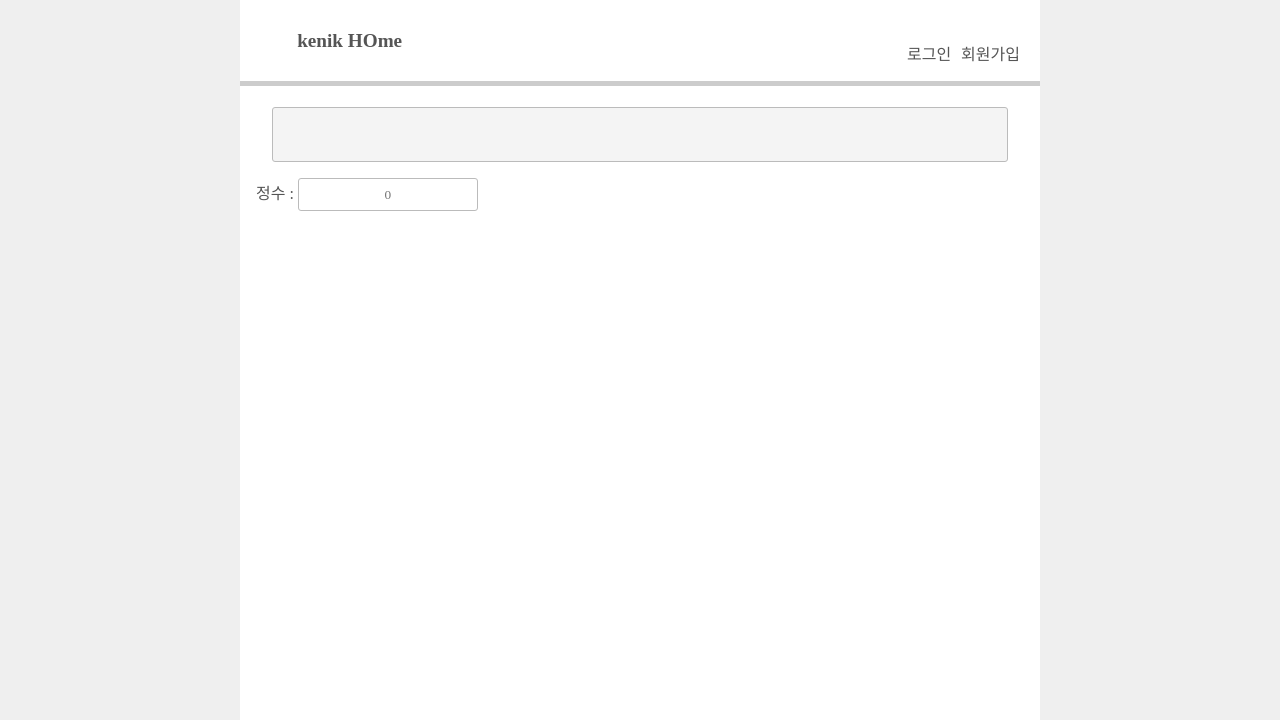
Repository: jyoons00/JSP-sample
Page: http://localhost/jspPro/days01/ex03_05.jsp
These files come from the project's save history. The page is drawn as it stood at one moment and after the next save; the edit follows.
The browser window is 1280 px wide. The pictures show the whole page.
Some web fonts or font styles are not loaded; a fallback is used. The page is served by Tomcat 9. Other server files are loaded and not shown.

Above is the page before, as saved 2024-10-15 08:37:50.

### jspPro/src/main/webapp/days01/ex03_05.jsp
<%@ page contentType="text/html; charset=UTF-8" pageEncoding="UTF-8"%>
<%
    // ex03_05.jsp?num=        ""
    // ex03_05.jsp?num         ""

    // ex03_05.jsp 요청       ?num=5
    // request.getParameter("num")  == null
    // Integer.parseInt( null ) 500 서버 오류 발생.

    // int num = Integer.parseInt(request.getParameter("num"));
    String  pNum = request.getParameter("num");

    int num = 0;
    if( pNum != null && !pNum.equals("")){
    	num = Integer.parseInt( pNum );
    } //
%>
<!DOCTYPE html>
<html>
<head>
<meta charset="UTF-8">
<title>Insert title here</title>
<link rel="shortcut icon" type="image/x-icon" href="http://localhost/jspPro/images/SiSt.ico">
<script src="https://ajax.googleapis.com/ajax/libs/jquery/3.7.1/jquery.min.js"></script>
<meta name="viewport" content="width=device-width, initial-scale=1.0">
<link rel="stylesheet" href="http://localhost/jspPro/resources/cdn-main/example.css">
<script src="http://localhost/jspPro/resources/cdn-main/example.js"></script>
<style>
 span.material-symbols-outlined{
    vertical-align: text-bottom;
 }
</style>
</head>
<body>
<header>
  <h1 class="main"><a href="#" style="position: absolute;top:30px;">kenik HOme</a></h1>
  <ul>
    <li><a href="#">로그인</a></li>
    <li><a href="#">회원가입</a></li>
  </ul>
</header>
<div>
  <xmp class="code">
  </xmp>
    <!--
      // 문제2
      // 가운데 커서, 포커스
      // 숫자 유효성 검사(js)
      // 엔터치면 [스트립트릿 - 서버에서 처리] 1+2+3=6 이거 뽑아내기
      // 다시 입력창 선택됨
      -->
  <!-- <form> -->
  정수 : <input type="text" id="num" name="num" autofocus="autofocus" placeholder="0"><br>
  <p id="demo">
  <%
    if( pNum != null && !pNum.equals("") ){
		    int sum = 0;
		    for(int i=1; i<= num ; i++){ // 위의 변수 num
		    	sum += i;
		  %><%= i %>+<%
		    } // for
		  %>=<%= sum %>
		  <%
    } // if
  %>
  </p>
  <!-- </form> -->
  <script>
    $("#num")
      .css("text-align","center")
      .on({
    	  "keydown":function (e){
    		  if ( !(e.which >= 48 && e.which <= 57
    	              || e.which == 8
    	              || e.which == 13
    	              || e.which == 229
    	          )){
    			  alert("숫자만 입력하세요.");
    			  e.preventDefault();
    		  } // if
    	  },
    	  "keyup":function (event){
    		 //if( $("#num").val().length != 0  && event.which == 13){
    		 if( event.which == 13){
    			 // js BOM
    			 // $("form").submit();
    			 let numValue = $("#num").val();
    			 location.href = `ex03_05.jsp?num=\${numValue}`; // 파라미터 값을 만든 것임
    		 } // if
    	  }
      });
  </script>
</div>
</body>
</html>

### jspPro/src/main/webapp/resources/cdn-main/example.css
@charset "UTF-8";

@import url('https://fonts.googleapis.com/css2?family=Material+Symbols+Outlined:opsz,wght,FILL,GRAD@20..48,100..700,0..1,-50..200');

@font-face {
    font-family: 'GmarketSansMedium';
    src: url('https://cdn.jsdelivr.net/gh/projectnoonnu/noonfonts_2001@1.1/GmarketSansMedium.woff') format('woff');
    font-weight: normal;
    font-style: normal;
}

:root {
	--text-color: #555;
	--sub-text-color: #777;
	--back-color: #EFEFEF;
	--header-color: #444;
	--primary-color: #DEDEDE;
	--secondary-color: #EFEFEF;
	--default-width: 800px;
	--narrow-width: 500px;
	--wide-width: 1200px;
	--text-font: 'GmarketSansMedium';
	--icon-font: 'Material Symbols Outlined';
	--border-color: #CCC;
}

html, body {
	margin: 0;
	padding: 0;
}

html {
	background-color: var(--back-color);
	display: flex;
	justify-content: center;
	min-height: 100vh;
}

body, body.default {
	width: var(--default-width);
	background-color: white;
	padding-bottom: 120px;
}

body.wide {
	width: var(--wide-width);
}

body.narrow {
	width: var(--narrow-width);
}



body, p, div, span, a, input, select, option, textarea, button, table, th, td, label, fieldset, legend {
	font-family: var(--text-font);
	color: var(--text-color);
}

h1, h2, h3 {
	font-family: var(--text-font);
	color: var(--header-color);
	padding: 0 1rem;
	padding-top: .5rem;
}

div > h1, div > h2, div > h3 {
	padding: 0;
}

body > div, body > main > div {
	padding: 0.3rem 1rem;
}


h1 { font-size: 2rem; border-bottom: 1px solid var(--border-color); }
h1 small { font-size: 1.2rem; color: var(--sub-text-color); }
h2 { font-size: 1.5rem; border-bottom: 1px dashed var(--border-color); }
h2 small { font-size: 1.1rem; color: --sub-text-color; }
h3 { font-size: 1.2rem; }
h3 small { font-size: 1rem; color: --sub-text-color; }



h1.main::before {
	font-family: var(--icon-font);
  	content: '\e666';
  	margin-right: 10px;
  	float: left;
	font-size: 2.5rem;
}

h1.sub::before {
	font-family: var(--icon-font);
  	content: '\ea19';
  	margin-right: 10px;
  	float: left;
	font-size: 2.5rem;
}


h1.page::before {
	font-family: var(--icon-font);
  	content: '\e0e0';
  	margin-right: 10px;
  	float: left;
	font-size: 2.5rem;
}

body > header > ul > li > .active{
	background-color: #FFF;
	color:#F00;
}

body > header {
	display: flex;
	justify-content: space-between;
	border-bottom: 5px solid var(--border-color);
	min-height: 74px;
	background-color: #FFF;
}

body > header.sticky {
	position: sticky;
	top: 0;
	z-index: 98;
}

body > header > h1 {
	font-size: 1.2rem;
	border: 0;
}

body > header.in > h1::before {
	font-family: var(--icon-font);
  	content: '\e332‥';
  	margin-right: 3px;
  	float: left;
	font-size: 2rem;
}


body > header > ul {
	list-style-type: none;
	display: flex;
	align-items: flex-end;
	margin-right: 10px;
}

body > header > ul > li {
	margin-right: 10px;
	cursor: pointer;
}

body > header > ul > li > a {
	cursor: pointer;
}


form {
	display: block;
}

form > div {
	padding: 0.3rem 1rem;
}

div > form > div {
	padding: 0.3rem 0;
}

input, textarea, button, select {
	border: 1px solid #BBB;
	border-radius: 3px;
	outline: none;
	resize: none;
	padding: 7px;
	margin: 0;
}

input[type=text]:read-only, textarea:read-only {
	cursor: not-allowed;
	background-color: #FFF;
}

input[type=text]:disabled, textarea:disabled {
	cursor: not-allowed;
	background-color: #EEE;
}

input[type=text], input[type=password], textarea, button, select {
	/* width: 300px; */
}

textarea {
	display: block;
	height: 100px;
}

input[type=button], input[type=submit], button {
	/* width: inherit; */
}

input.short, textarea.short, button.short, select.short {
	width: 100px;
}

input.long, textarea.long, button.long, select.long {
	width: 350px;
}

.narrow input.long, .narrow textarea.long, .narrow button.long, .narrow select.long {
	width: calc(100% - 20px);
}

input.full, textarea.full, button.full, select.full {
	width: calc(100% - 20px);
}

textarea.short {
	height: 50px;
}

textarea.long {
	height: 100px;
}

textarea.full {
	height: 200px;
}

input, textarea {
	padding-top: 8px;
}

input[type=button], input[type=submit], button {
	padding: 5px 10px;
	background-color: var(--secondary-color);
	cursor: pointer;
	min-height: 36px;
}

input[type=button].primary, input[type=submit].primary, button.primary {
	/* background-color: rgba(100, 149, 237, .2); */
	background-color: var(--primary-color);
}

input[type=button].primary:hover, input[type=submit].primary:hover, button.primary:hover {
	/* background-color: rgba(100, 149, 237, .3); */
	background-color: var(--secondary-color);
}

input[type=button]:hover, input[type=submit]:hover, button:hover {
	background-color: var(--primary-color);
}

button {
	position: relative;
	left: 0;
	top: 0;
	padding-left: 35px;
}

button .material-symbols-outlined {
	position: absolute;
	left: 10px;
	top: 4px;
}

/* k2nik add */
button.login::before {
	font-family: var(--icon-font);
  	content: '\ea77';
	position: absolute;
	left: 11px;
	top: 4px;
	font-size: 1.25rem;
}

/* k2nik logout */
button.logout::before {
	font-family: var(--icon-font);
  	content: '\e9ba';
	position: absolute;
	left: 11px;
	top: 4px;
	font-size: 1.25rem;
}

/* k2nik help */
button.help::before {
	font-family: var(--icon-font);
  	content: '\f1c0';
	position: absolute;
	left: 11px;
	top: 4px;
	font-size: 1.25rem;
}

button.add::before{
	font-family: var(--icon-font);
  	content: '\e746';
	position: absolute;
	left: 11px;
	top: 4px;
	font-size: 1.25rem;
}

button.back::before {
	font-family: var(--icon-font);
  	content: '\e166';
	position: absolute;
	left: 11px;
	top: 4px;
	font-size: 1.25rem;
}

button.list::before {
	font-family: var(--icon-font);
  	content: '\e0ee';
	position: absolute;
	left: 11px;
	top: 4px;
	font-size: 1.25rem;
}


button.del::before {
	font-family: var(--icon-font);
  	content: '\e872';
	position: absolute;
	left: 11px;
	top: 4px;
	font-size: 1.25rem;
}


button.edit::before {
	font-family: var(--icon-font);
  	content: '\e745';
	position: absolute;
	left: 11px;
	top: 4px;
	font-size: 1.25rem;
}


button.login::before {
	font-family: var(--icon-font);
  	content: '\ea77';
	position: absolute;
	left: 11px;
	top: 4px;
	font-size: 1.25rem;
}


button.logout::before {
	font-family: var(--icon-font);
  	content: '\e9ba';
	position: absolute;
	left: 11px;
	top: 4px;
	font-size: 1.25rem;
}


button.in::before {
	font-family: var(--icon-font);
  	content: '\f71a';
	position: absolute;
	left: 11px;
	top: 4px;
	font-size: 1.25rem;
}


button.out::before {
	font-family: var(--icon-font);
  	content: '\f70e';
	position: absolute;
	left: 11px;
	top: 4px;
	font-size: 1.25rem;
}


button.reply::before {
	font-family: var(--icon-font);
  	content: '\e15e';
	position: absolute;
	left: 11px;
	top: 4px;
	font-size: 1.25rem;
}


button.comment::before {
	font-family: var(--icon-font);
  	content: '\e0b9';
	position: absolute;
	left: 11px;
	top: 4px;
	font-size: 1.25rem;
}


button.modal::before {
	font-family: var(--icon-font);
  	content: '\e89e';
	position: absolute;
	left: 11px;
	top: 4px;
	font-size: 1.25rem;
}


button.ok::before {
	font-family: var(--icon-font);
  	content: '\e86c';
	position: absolute;
	left: 11px;
	top: 4px;
	font-size: 1.25rem;
}


button.cancel::before {
	font-family: var(--icon-font);
  	content: '\e5c9';
	position: absolute;
	left: 11px;
	top: 4px;
	font-size: 1.25rem;
}

button.search::before {
	font-family: var(--icon-font);
  	content: '\e8b6';
	position: absolute;
	left: 11px;
	top: 4px;
	font-size: 1.25rem;
}

button.home::before {
	font-family: var(--icon-font);
  	content: '\e88a';
	position: absolute;
	left: 11px;
	top: 4px;
	font-size: 1.25rem;
}


button.sidebar::before {
	font-family: var(--icon-font);
  	content: '\f7e4';
	position: absolute;
	left: 11px;
	top: 4px;
	font-size: 1.25rem;
}


button.sidebar-right::before {
	font-family: var(--icon-font);
  	content: '\f7e5';
	position: absolute;
	left: 11px;
	top: 4px;
	font-size: 1.25rem;
}




button::before {
	font-family: var(--icon-font);
  	content: '\e323';
	position: absolute;
	left: 11px;
	top: 4px;
	font-size: 1.25rem;
}


table {
	border-collapse: collapse;
	margin: 1rem;
	box-sizing: border-box;
	width: calc(100% - 32px);
}

table.content {
	width: auto;
}

div > table {
	margin: 0;
}

table th, table td {
	border: 1px solid var(--border-color);
	padding: 7px;
	font-weight: normal;
}

table th {
	background-color: var(--back-color);
}

table.vertical th {
	width: 150px;
}

table.vertical td {
	width: calc(100% - 182px);
	padding-left: 10px;
}

table.content td, table.content th {
	width: auto;
}

body.narrow table.vertical th {
	width: 100px;
}

body.narrow table.vertical td {
	width: calc(100% - 182px);
}


table + table {
	margin-top: 30px;
}


p {
	padding: 0 1rem;
}

a {
	text-decoration: none;
}

a:hover {
	color: rgba(255, 99, 71, .7);
}

hr {
	border: 0;
	border-top: 1px solid var(--border-color);
	margin: 2rem 0;
}

.message {
	border: 1px solid var(--border-color);
	background-color: #EFEFEF;
	margin: 1rem;
	width: auto;
	padding-top: 10px;
	padding-bottom: 10px;
	font-size: 14px;
}

.message[title]::before {
	content: attr(title);
	display: block;
	border-bottom: 1px solid var(--border-color);
	padding-bottom: 5px;
	margin-bottom: 10px;
	margin-top: 7px;
}

.message.short {
	max-width: 250px;
}

.message.long {
	max-width: 500px;
}

.badge {
	float: right;
	font-size: .8rem;
	margin-top: 2px;
	margin-right: 2px;
	text-shadow: 0 0 7px gray;
}

.badge.left {
	float: none;
	margin-left: 2px;
}

.badge.right {
	float: right;
}

.badge.red {
	border-radius: 50%;
	padding: 2px 5px;
	background-color: rgb(255, 99, 71, .3);
}

.badge.yellow {

	border-radius: 50%;
	padding: 2px 5px;
	background-color: rgb(255, 215, 0, .5);
}

.badge.blue {
	border-radius: 50%;
	padding: 2px 5px;
	background-color: rgb(100, 149, 237, .3);
}

label + label {
	margin-left: 7px;
}

label input[type=checkbox], label input[type=radio] {
	transform: translate(0, 1px);
}

.group {
	display: flex;
}

.modal-content .group {
	margin-bottom: .5rem;
}

.group label {
	border: 1px solid #BBB;
	border-radius: 3px;
	outline: none;
	resize: none;
	padding: 7px 14px;
	margin: 0;
	border-top-right-radius: 0;
	border-bottom-right-radius: 0;
	background-color: #EFEFEF;
	white-space: nowrap;
	font-size: 14px;
}

.group input[type=text] {
	margin-left: -1px;
	border-top-left-radius: 0;
	border-bottom-left-radius: 0;
}

.group select {
	margin-left: -1px;
	border-top-left-radius: 0;
	border-bottom-left-radius: 0;
}

.group input.full[type=text] {
	margin-left: -1px;
	border-top-left-radius: 0;
	border-bottom-left-radius: 0;
	width: 100%;
}

.group input[type=button]:first-child, .group button:first-child {
	border-top-left-radius: 3px;
	border-bottom-left-radius: 3px;
	margin-left: 0px;
}

.group input[type=button], .group button {
	border-radius: 0;
	margin-left: -1px;
}

.group input[type=button]:last-child, .group button:last-child {
	margin-left: -1px;
	border-top-right-radius: 3px;
	border-bottom-right-radius: 3px;
}

.seperate {
	display: flex;
	justify-content: space-between;
}

div.list {
	width: max-content;
	margin: 1rem;
	border: 1px solid #BBB;
	border-radius: 3px;
	padding: 0;
}

div.list.full {
	width: auto;
	display: block;
	margin: 1rem;
	border: 1px solid #BBB;
	border-radius: 3px;
	padding: 0;
}

div.list > div {
	padding: .5rem 1rem;
	margin: 0;
	border-bottom: 1px solid #BBB;
}

div.list > div:last-child {
	border-bottom: 0;
}

pre.code , xmp.code{
	font-family: consols;
	background-color: rgba(150, 150, 150, .1);
	border: 1px solid #BBB;
	border-radius: 3px;
	padding: .5rem 1rem;
	padding-bottom: .6rem;
	margin: 1rem;
}




*[data-modal-window] {
	position: fixed;
	background-color: rgba(0, 0, 0, .3);
	left: 0;
	top: 0;
	display: none;
	justify-content: center;
	align-items: flex-start;
	width: 100%;
	min-height: 100vh;
	z-index: 100;
	opacity: 0;
	transition: 500ms all;
}

*[data-modal-window] .modal-container {
	border-radius: 5px;
	padding: 1rem;
	padding-bottom: .5rem;
	margin-top: -500px;
	opacity: 0;
	width: 500px;
	background-color: #FFF;
	margin-right: 2rem;
	transition: 500ms all;
}

*[data-modal-size=content] .modal-container {
	width: auto;
}

*[data-modal-size=narrow] .modal-container {
	width: 300px;
}

*[data-modal-size=wide] .modal-container {
	width: 760px;
}


*[data-modal-window] .modal-header {
	border-bottom: 1px solid var(--border-color);
	padding: 2px 5px;
}

*[data-modal-window] .modal-content {
	padding: 1rem 5px;
}

*[data-modal-window] .modal-content div:last-child {
	margin-top: 1rem;
	text-align: right;
}



*[data-sidebar-window] {
	position: fixed;
	background-color: #FFF;
	left: 0;
	top: 0;
	display: block;
	width: 300px;
	border-right: 1px solid var(--border-color);
	box-sizing: border-box;
	box-shadow: 0 0 3px var(--back-color);
	min-height: 100vh;
	z-index: 99;
	transform: translate(-300px, 0);
	transition-duration: 500ms;
	transition-property: transform;
}

*[data-sidebar-direction=right] {
	left: auto;
	right: 0;
	transform: translate(300px, 0);
	border-left: 1px solid var(--border-color);
}

*[data-sidebar-size=wide] {
	width: 500px;
	transform: translate(-500px, 0);
}

*[data-sidebar-window] .sidebar-title {
	border-bottom: 1px solid var(--border-color);
	margin-top: 20px;
	margin-bottom: 20px;
	padding-bottom: 5px;
	display: flex;
	justify-content: space-between;
}

*[data-sidebar-window] .sidebar-title span:last-child {
	cursor: pointer;
}


/* K2Nik pagination */
.center {
  text-align: center;
}

.pagination {
  display: inline-block;
}

.pagination a {
  color: black;
  float: left;
  padding: 3px 6px;
  text-decoration: none;
  transition: background-color .3s;
  border: 1px solid #ddd;
  margin: 0 3px;
}

.pagination a.active {
  background-color: #4CAF50;
  color: white;
  border: 1px solid #4CAF50;
}

.pagination a:hover:not(.active) {background-color: #ddd;}

### jspPro/src/main/webapp/resources/cdn-main/example.js

window.onload = () => {

    const list = document.querySelectorAll('input, textarea');

    list.forEach(item => {
        item.setAttribute('autocomplete', 'off');
    });


    const modal_btn_list = document.querySelectorAll('*[data-modal-button]');

    modal_btn_list.forEach(item => {
        item.onclick = function() {

            const name = this.dataset['modalButton'];
            const modal_window = document.querySelector('*[data-modal-window=' + name);

            const container = document.createElement('div');
            container.className = 'modal-container';



            const modal_header = document.createElement('div');
            modal_header.textContent = modal_window.dataset['modalTitle'];
            modal_header.className = 'modal-header';
            container.appendChild(modal_header);

            const modal_content = document.createElement('div');
            modal_content.className = 'modal-content';
            container.appendChild(modal_content);

            Array.from(modal_window.childNodes).forEach(item => {
                modal_content.appendChild(item);
            });

            modal_window.appendChild(container);

            modal_window.style.display = 'flex';

            setTimeout(() => {
                modal_window.style.opacity = 1;
                container.style.marginTop = '20px';
                container.style.opacity = 1;
            }, 50);


            const modal_ok = document.querySelector('*[data-modal-ok=' + name);
            modal_ok.addEventListener('click', function() {
                modal_window.style.opacity = 0;
                container.style.marginTop = '-500px';
                container.style.opacity = 0;

                setTimeout(() => {
                    modal_window.innerHTML = modal_content.innerHTML;
                    modal_window.style.display = 'none';
                }, 500);

            });

            const modal_cancel = document.querySelector('*[data-modal-cancel=' + name);
            modal_cancel.addEventListener('click', function() {

                modal_window.style.opacity = 0;
                container.style.marginTop = '-500px';
                container.style.opacity = 0;

                setTimeout(() => {
                    modal_window.innerHTML = modal_content.innerHTML;
                    modal_window.style.display = 'none';
                }, 500);
            });


        };
    });


    const sidebar_btn_list = document.querySelectorAll('*[data-sidebar-button]');

    sidebar_btn_list.forEach(item => {
        item.onclick = function() {



            const name = this.dataset['sidebarButton'];
            const sidebar_window = document.querySelector('*[data-sidebar-window=' + name);

            if (sidebar_window.style.transform == 'translate(0px, 0px)') return;



            sidebar_window.style.transform = 'translate(0, 0)';

            const sidebar_title = document.createElement('div');
            sidebar_title.className = 'sidebar-title';
            sidebar_title.innerHTML = '<span>' + sidebar_window.dataset['sidebarTitle'] + '</span><span class="material-symbols-outlined">close</span>';

            sidebar_title.children[1].onclick = function() {

                let sign = 1;
                let distance = 300;

                if (sidebar_window.dataset['sidebarDirection'] != 'right') {
                    sign = -1;
                } else {
                    sign = 1;
                }

                if (sidebar_window.dataset['sidebarSize'] != 'wide') {
                    distance = 300;
                } else {
                    distance = 500;
                }

                distance *= sign;

                sidebar_window.style.transform = 'translate(' + distance + 'px, 0)';

                setTimeout(function() {
                    sidebar_window.removeChild(sidebar_window.children[0]);
                }, 500);
            };


            sidebar_window.prepend(sidebar_title);

        }
    });

};

// window.onkeydown = function(event) {

//     if (event.keyCode == 27) {
//         if (document.querySelector('[data-modal-window').style.display == 'flex') {
//             document.querySelector('[data-modal-window').style.display = 'none';
//         }
//     }

// };

After the next save:
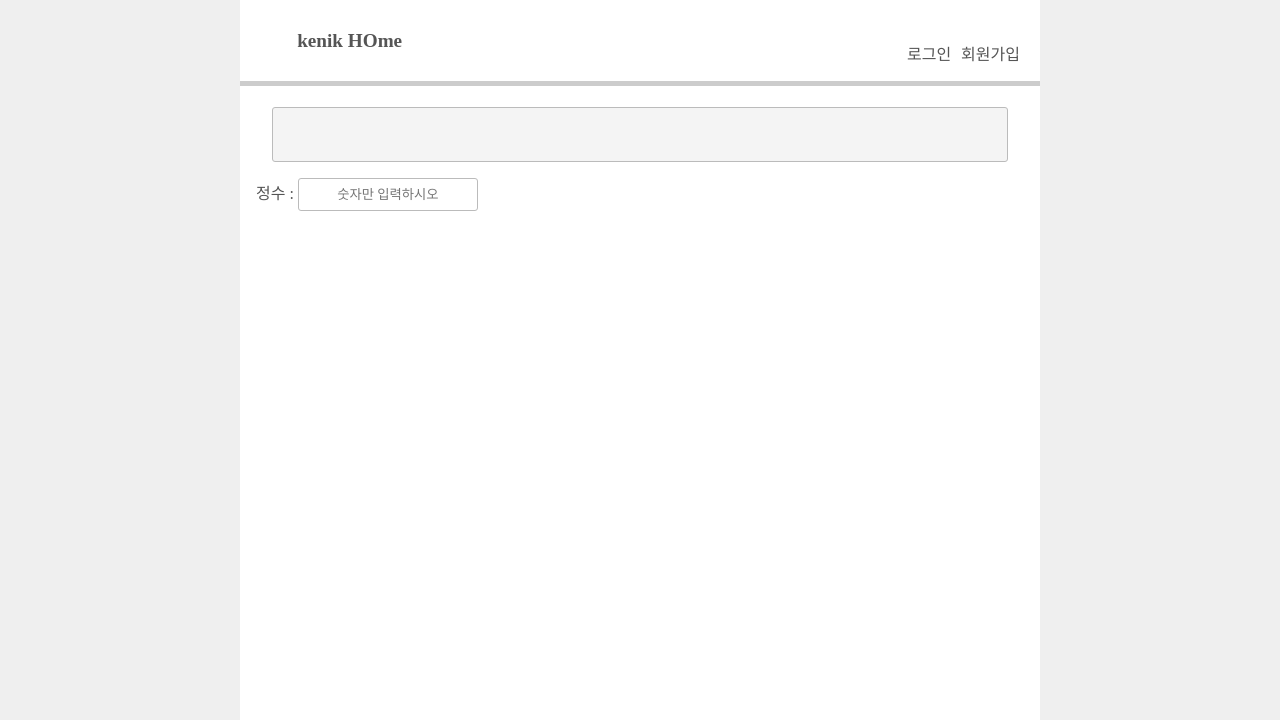
Saved 16 s later.
--- a/jspPro/src/main/webapp/days01/ex03_05.jsp
+++ b/jspPro/src/main/webapp/days01/ex03_05.jsp
@@ -50,7 +50,7 @@
       // 다시 입력창 선택됨
       -->
   <!-- <form> -->
-  정수 : <input type="text" id="num" name="num" autofocus="autofocus" placeholder="0"><br>
+  정수 : <input type="text" id="num" name="num" autofocus="autofocus" placeholder="숫자만 입력하시오"><br>
   <p id="demo">
   <%
     if( pNum != null && !pNum.equals("") ){

After the save that followed:
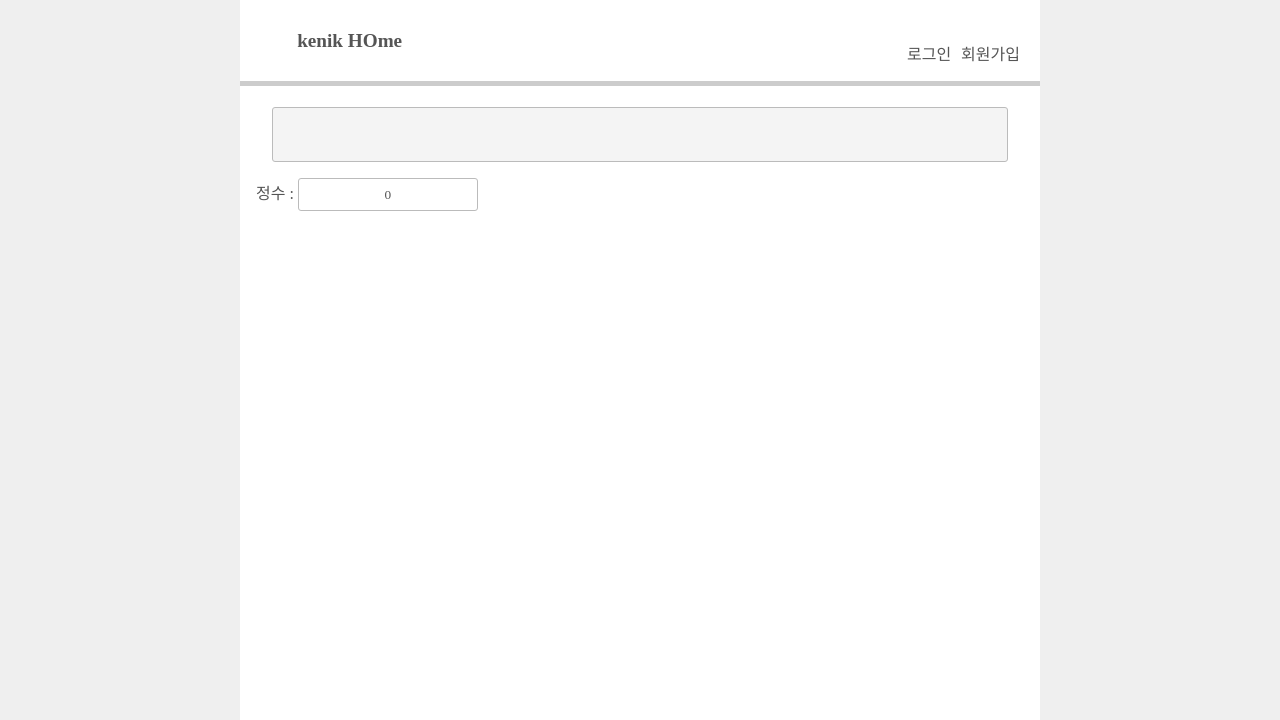
Saved 19 s later.
--- a/jspPro/src/main/webapp/days01/ex03_05.jsp
+++ b/jspPro/src/main/webapp/days01/ex03_05.jsp
@@ -50,7 +50,7 @@
       // 다시 입력창 선택됨
       -->
   <!-- <form> -->
-  정수 : <input type="text" id="num" name="num" autofocus="autofocus" placeholder="숫자만 입력하시오"><br>
+  정수 : <input type="text" id="num" name="num" autofocus="autofocus" value="<%= num%>"><br>
   <p id="demo">
   <%
     if( pNum != null && !pNum.equals("") ){
